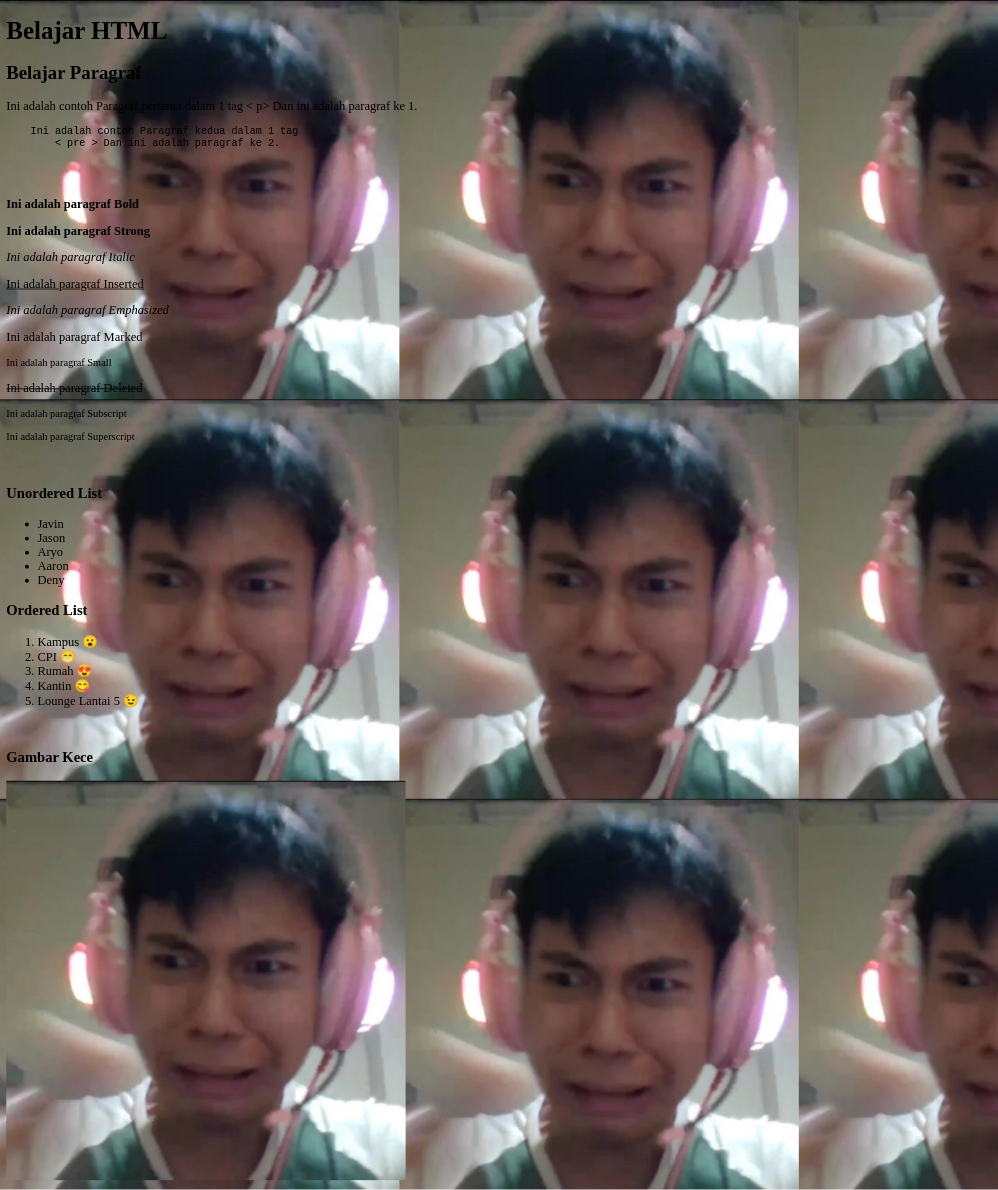
Repository: Gibekkk/WebPro
Page: Tugas HTML 1/index.html
These files come from the project's save history. The page is drawn as it stood at one moment and after a run of saves; the edit follows.
The browser window is 1280 px wide. The pictures show the whole page, at 78% of full size.

Above is the page before, as saved 2024-03-25 10:24:38.

After the next 6 saves:
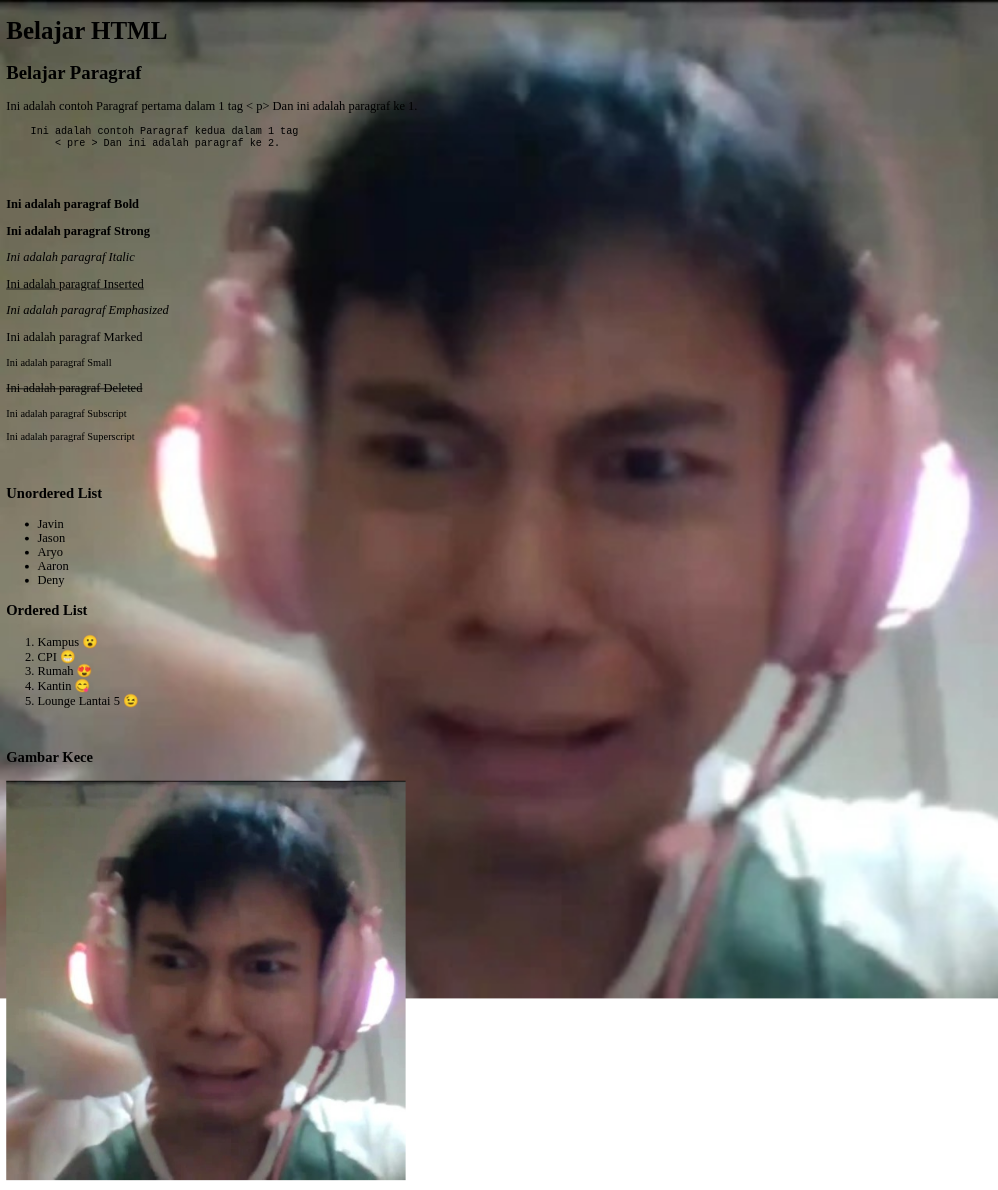
The 6 saves are shown as one change because they came seconds apart.
The last was saved 18 s later.
--- a/Tugas HTML 1/index.html
+++ b/Tugas HTML 1/index.html
@@ -7,7 +7,7 @@
     <title>Document</title>
 </head>
 
-<body style="background-image: url(javin.jpg); bak">
+<body style="background-image: url(javin.jpg); background-repeat: no-repeat; background-size: 100%;">
     <h1>Belajar HTML</h1>
     <h2>Belajar Paragraf</h2>
     <p>Ini adalah contoh Paragraf pertama dalam 1 tag
